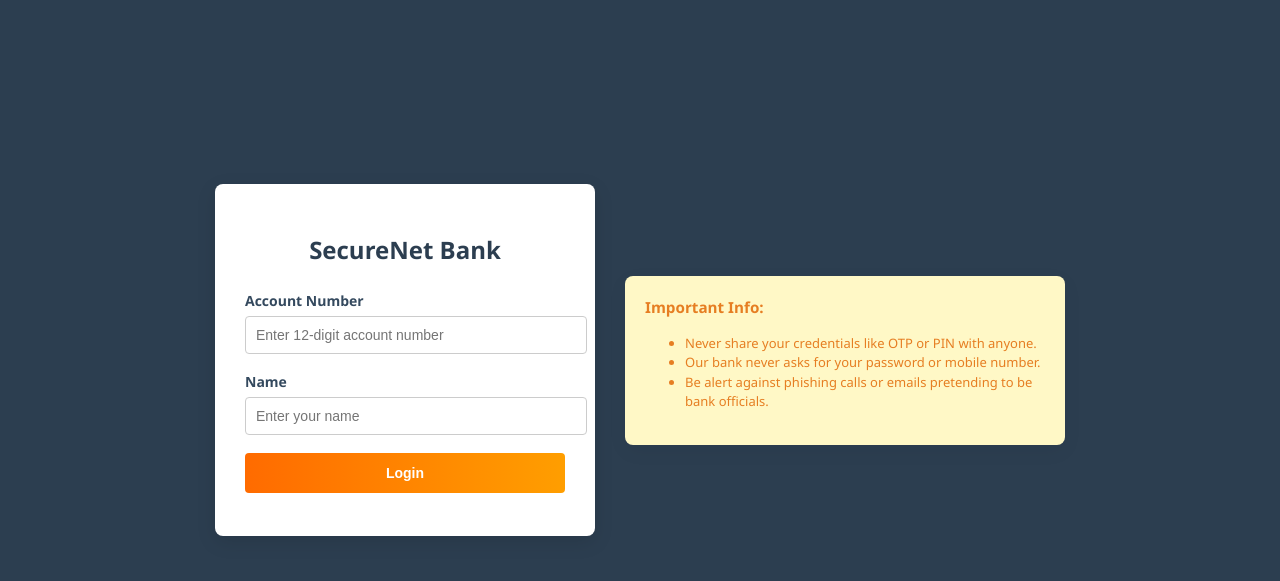
Repository: atharvthonge/Bank-Management-System
Page: http://localhost/login
The author's editor kept a copy of each file at every save. The page is drawn from the files as they stood at one save, then again after the next save.
The browser window is 1280 px wide. The pictures show the whole page.
The page is this project's Thymeleaf template; nobody is signed in. The template is opened directly, without the code that normally fills it, so the values that code supplies are empty.

Above is the page before, as saved 2025-08-22 11:46:39.

### com.securenetbank/src/main/resources/templates/login.html
<!DOCTYPE html>
<html xmlns:th="http://www.thymeleaf.org">
<head>
    <title>SecureNet Bank - Login</title>
    <style>
        body {
            margin: 0;
            font-family: 'Segoe UI', Tahoma, Geneva, Verdana, sans-serif;
  background-color: #2c3e50; /* dark slate/charcoal */
        }

        .container {
            display: flex;
            justify-content: center;
            align-items: center;
            height: 100vh;
            gap: 30px;
        }

        .login-box {
            background-color: #ffffff; /* keep white */
            width: 320px;
            padding: 30px;
            border-radius: 8px;
            box-shadow: 0 6px 20px rgba(0,0,0,0.1);
        }

        .login-box h2 {
            text-align: center;
            margin-bottom: 25px;
            color: #2c3e50;
        }

        .login-box label {
            display: block;
            margin-bottom: 6px;
            font-weight: 600;
            color: #34495e;
            font-size: 14px;
        }

        .login-box input[type="text"] {
            width: 100%;
            padding: 10px;
            margin-bottom: 18px;
            border: 1px solid #ccc;
            border-radius: 4px;
            font-size: 14px;
        }

        .login-box button {
            width: 100%;
            padding: 12px;
            background: linear-gradient(to right, #ff6b00, #ff9e00);
            border: none;
            color: white;
            font-weight: bold;
            border-radius: 4px;
            cursor: pointer;
            font-size: 14px;
        }

        .login-box button:hover {
            opacity: 0.9;
        }

        .login-box p.error {
            color: #e74c3c;
            text-align: center;
            font-size: 13px;
        }

        .info-box {
            background-color: #fff8c6; /* light yellow */
            padding: 20px;
            width: 400px;
            border-radius: 8px;
            box-shadow: 0 6px 20px rgba(0,0,0,0.05);
            color: #e67e22; /* orange text */
            font-size: 13px;
            line-height: 1.5;
        }

        .info-box h3 {
            margin-top: 0;
        }
    </style>
</head>
<body>
    <div class="container">
        <div class="login-box">
            <h2>SecureNet Bank</h2>
            <form th:action="@{/login}" method="post">
                <label>Account Number</label>
                <input type="text" name="accNo" placeholder="Enter 12-digit account number" required>

                <label>Name</label>
                <input type="text" name="name" placeholder="Enter your name" required>

                <button type="submit">Login</button>
            </form>
            <p class="error" th:text="${error}"></p>
        </div>

        <div class="info-box">
            <h3>Important Info:</h3>
            <ul>
                <li>Never share your credentials like OTP or PIN with anyone.</li>
                <li>Our bank never asks for your password or mobile number.</li>
                <li>Be alert against phishing calls or emails pretending to be bank officials.</li>
            </ul>
        </div>
    </div>
</body>
</html>

After the next save:
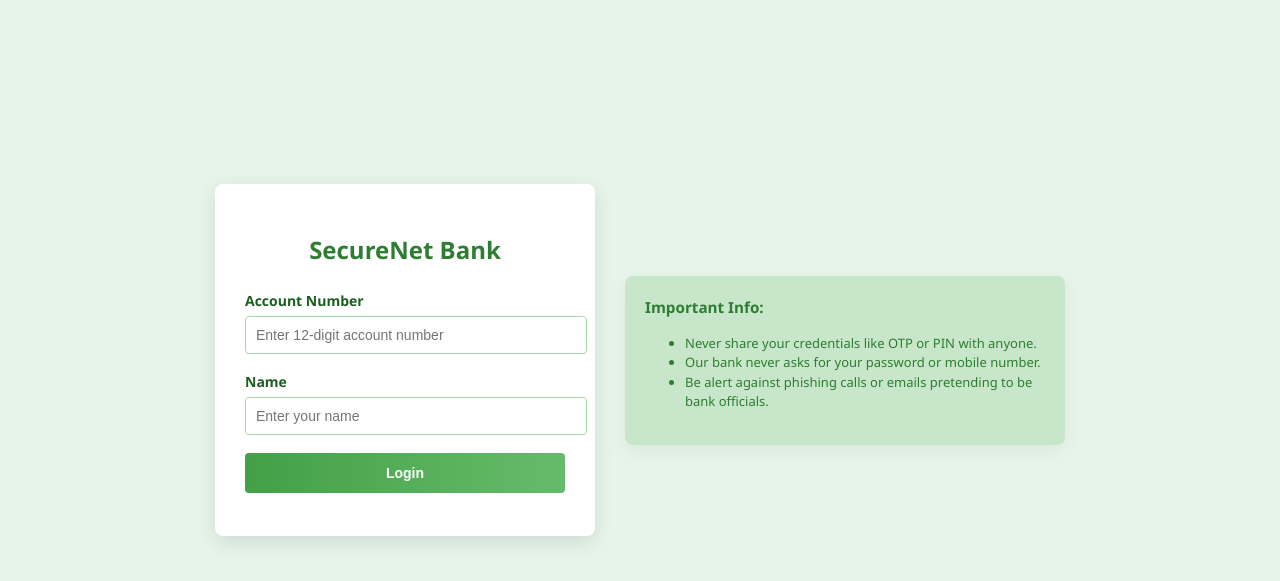
Saved 85 s later.
--- a/com.securenetbank/src/main/resources/templates/login.html
+++ b/com.securenetbank/src/main/resources/templates/login.html
@@ -6,7 +6,7 @@
         body {
             margin: 0;
             font-family: 'Segoe UI', Tahoma, Geneva, Verdana, sans-serif;
-  background-color: #2c3e50; /* dark slate/charcoal */
+            background-color: #e6f4ea; /* light green background */
         }
 
         .container {
@@ -18,7 +18,7 @@
         }
 
         .login-box {
-            background-color: #ffffff; /* keep white */
+            background-color: #ffffff; /* keep white for clarity */
             width: 320px;
             padding: 30px;
             border-radius: 8px;
@@ -28,14 +28,14 @@
         .login-box h2 {
             text-align: center;
             margin-bottom: 25px;
-            color: #2c3e50;
+            color: #2e7d32; /* dark green */
         }
 
         .login-box label {
             display: block;
             margin-bottom: 6px;
             font-weight: 600;
-            color: #34495e;
+            color: #1b5e20; /* darker green */
             font-size: 14px;
         }
 
@@ -43,7 +43,7 @@
             width: 100%;
             padding: 10px;
             margin-bottom: 18px;
-            border: 1px solid #ccc;
+            border: 1px solid #a5d6a7; /* light green border */
             border-radius: 4px;
             font-size: 14px;
         }
@@ -51,7 +51,7 @@
         .login-box button {
             width: 100%;
             padding: 12px;
-            background: linear-gradient(to right, #ff6b00, #ff9e00);
+            background: linear-gradient(to right, #43a047, #66bb6a); /* green gradient */
             border: none;
             color: white;
             font-weight: bold;
@@ -65,18 +65,18 @@
         }
 
         .login-box p.error {
-            color: #e74c3c;
+            color: #d32f2f; /* red for errors */
             text-align: center;
             font-size: 13px;
         }
 
         .info-box {
-            background-color: #fff8c6; /* light yellow */
+            background-color: #c8e6c9; /* light green box */
             padding: 20px;
             width: 400px;
             border-radius: 8px;
             box-shadow: 0 6px 20px rgba(0,0,0,0.05);
-            color: #e67e22; /* orange text */
+            color: #2e7d32; /* dark green text */
             font-size: 13px;
             line-height: 1.5;
         }
